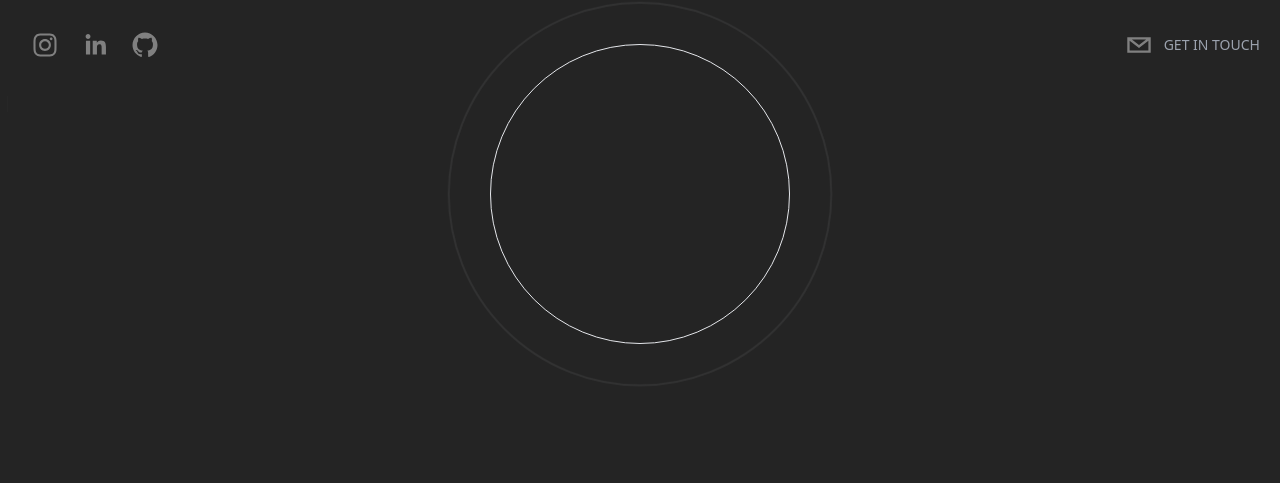
Repository: husainmamuwala/portfolio2.0
Page: /
These files come from the project's save history. The page is drawn as it stood at one moment and after a run of saves; the edit follows.
The browser window is 1280 px wide. The pictures show the whole page.
The project was rebuilt for these pictures with package versions that can differ from the ones it lists, and the page was loaded fresh each time. The framework's server and built-in components were replaced by stand-ins that run in the browser. Also part of the build but not shown: next.config.js.

Above is the page before, as saved 2022-09-17 18:36:23.

### pages/index.tsx
import type { NextPage } from 'next'
import Head from 'next/head'
import Image from 'next/image'
import Header from '../components/Header'
import Hero from '../components/Hero'
import styles from '../styles/Home.module.css'

const Home: NextPage = () => {
  return (
    <div className='bg-[rgb(36,36,36)] text-white h-screen'>
      <Header/>
      <section id='hero'>
      <Hero/>
      </section>
    </div>

  )
}

export default Home

### components/Header.tsx
import React from 'react'
import { SocialIcon } from 'react-social-icons';
import {motion} from 'framer-motion'

type Props = {}

export default function Header({}: Props) {
  return (
    <header className='sticky top-0 p-5 flex items-start max-w-7xl justify-between mx-auto z-20
    xl:items-center'>

        <motion.div
        initial={{
            x:-500,
            opacity:0,
            scale:0.5
        }}
        animate={{
            x:0,
            opacity:1,
            scale:1
        }}
        transition={{
            duration:1.5
        }}
        className='flex flex-row items-center'>
            <SocialIcon
            url='https://www.instagram.com/husain_mamuwala'
            fgColor='gray'
            bgColor='transparent'/>
             <SocialIcon
            url='https://www.linkedin.com/husain_mamuwala'
            fgColor='gray'
            bgColor='transparent'/>
             <SocialIcon
            url='https://www.github.com/husain_mamuwala'
            fgColor='gray'
            bgColor='transparent'/>
        </motion.div>

        <motion.div
        initial={{
            x:500,
            opacity:0,
            scale:1.5
        }}
        animate={{x:0,opacity:1,scale:1}}
        transition={{duration:1.5}}
        className="flex felx-row items-center text-gray-400">
            <SocialIcon
            className='cursor-pointer'
            network='email'
            fgColor='gray'
            bgColor='transparent'/>

            <p className=' uppercase hidden md:inline-flex text-sm text-gray-400'>
                Get In Touch
            </p>
        </motion.div>
    </header>

  )
}

### components/Hero.tsx
import React from 'react'
import {useTypewriter,Cursor} from 'react-simple-typewriter';
import BackgroundCircles from './BackgroundCircles';

type Props = {}

export default function Hero({}: Props) {
    const {text,count} = useTypewriter({
        words:["Hi , My Name is Husain","Guy-who-loves-cycling.tsx","<Student/>"],
        loop:true,
        delaySpeed: 2000,
    });
  return (
    <div>
        <BackgroundCircles/>
        <h1>
            <span>{text}</span>
            <Cursor />
        </h1>

    </div>
  );
}

### components/BackgroundCircles.tsx
import React from 'react'

type Props = {}

function BackgroundCircles({}: Props) {
  return (
    <div className='relative flex justify-center items-center'>
        <div className='absolute border [#333333] rounded-full h-[200px] w-[200px] mt-52 animate-ping '/>
        <div className=' absolute border [#333333] rounded-full h-[300px] w-[300px] mt-52'/>
        <div />
        <div/>
        <div/>
    </div>
  )
}

export default BackgroundCircles

Loaded but not shown: pages/_app.tsx (common file); styles/globals.css (common file); tailwind.config.js (common file)

After the next 3 saves:
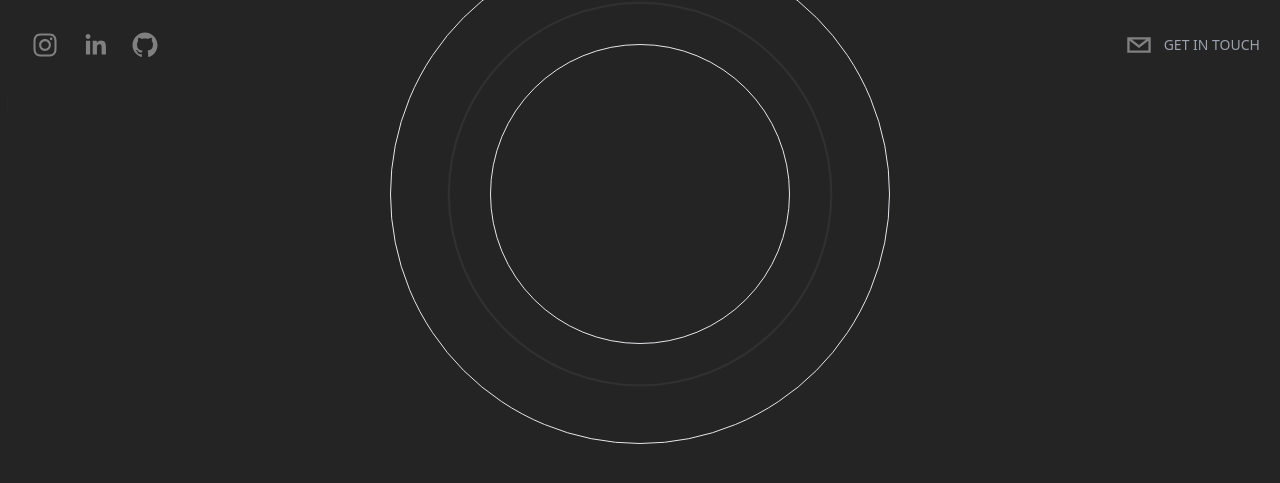
The 3 saves are shown as one change because they came seconds apart.
The last was saved 14 s later.
--- a/components/BackgroundCircles.tsx
+++ b/components/BackgroundCircles.tsx
@@ -7,7 +7,7 @@ function BackgroundCircles({}: Props) {
     <div className='relative flex justify-center items-center'>
         <div className='absolute border [#333333] rounded-full h-[200px] w-[200px] mt-52 animate-ping '/>
         <div className=' absolute border [#333333] rounded-full h-[300px] w-[300px] mt-52'/>
-        <div />
+        <div className=' absolute border [#333333] rounded-full h-[500px] w-[500px] mt-52'/>
         <div/>
         <div/>
     </div>
